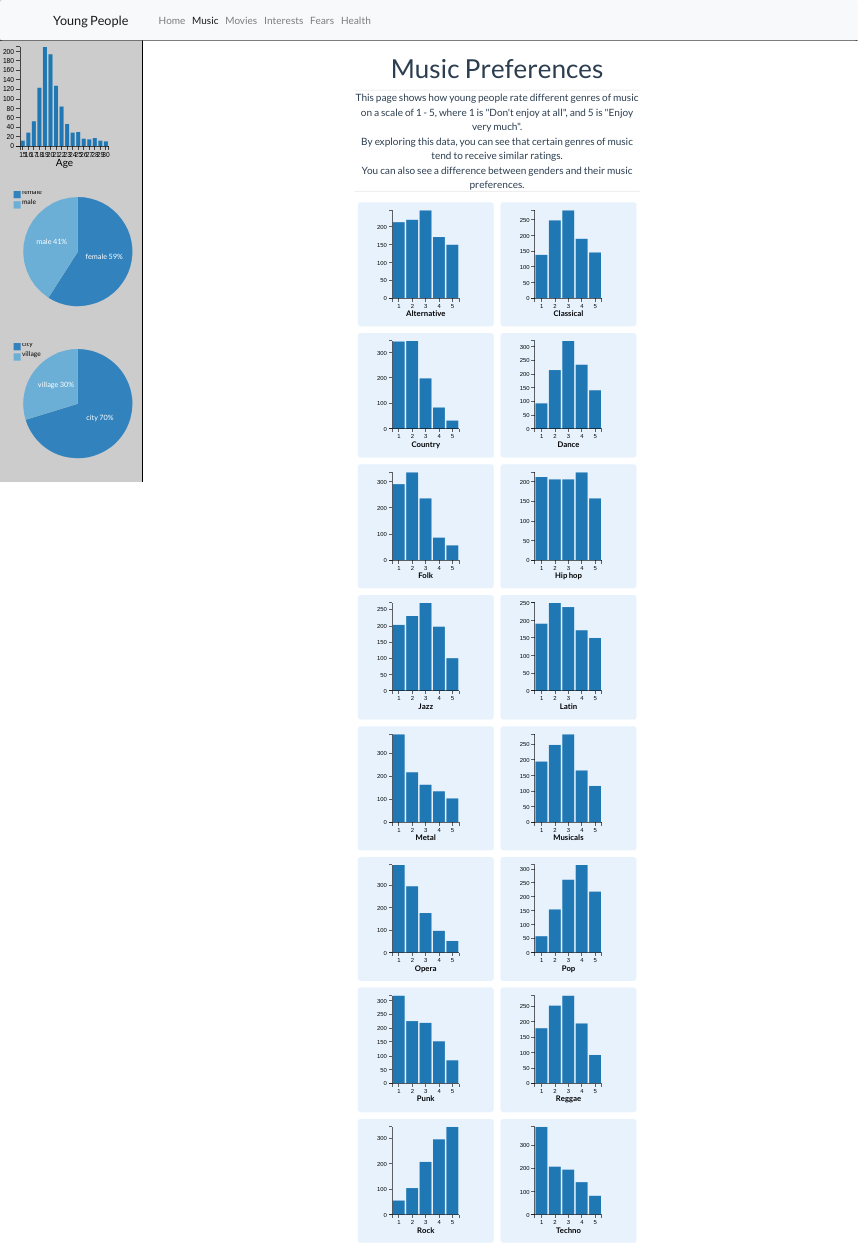
Repository: BrendanMolloy/milestone2
Page: music.html
The author's editor kept a record of every edit. The page is drawn from the files as they stood at one moment, then again after the next edit.
The browser window is 1280 px wide. The pictures show the whole page, at 67% of full size.
Some web libraries are served in a nearby version.

Above is the page before.

After the next edit:
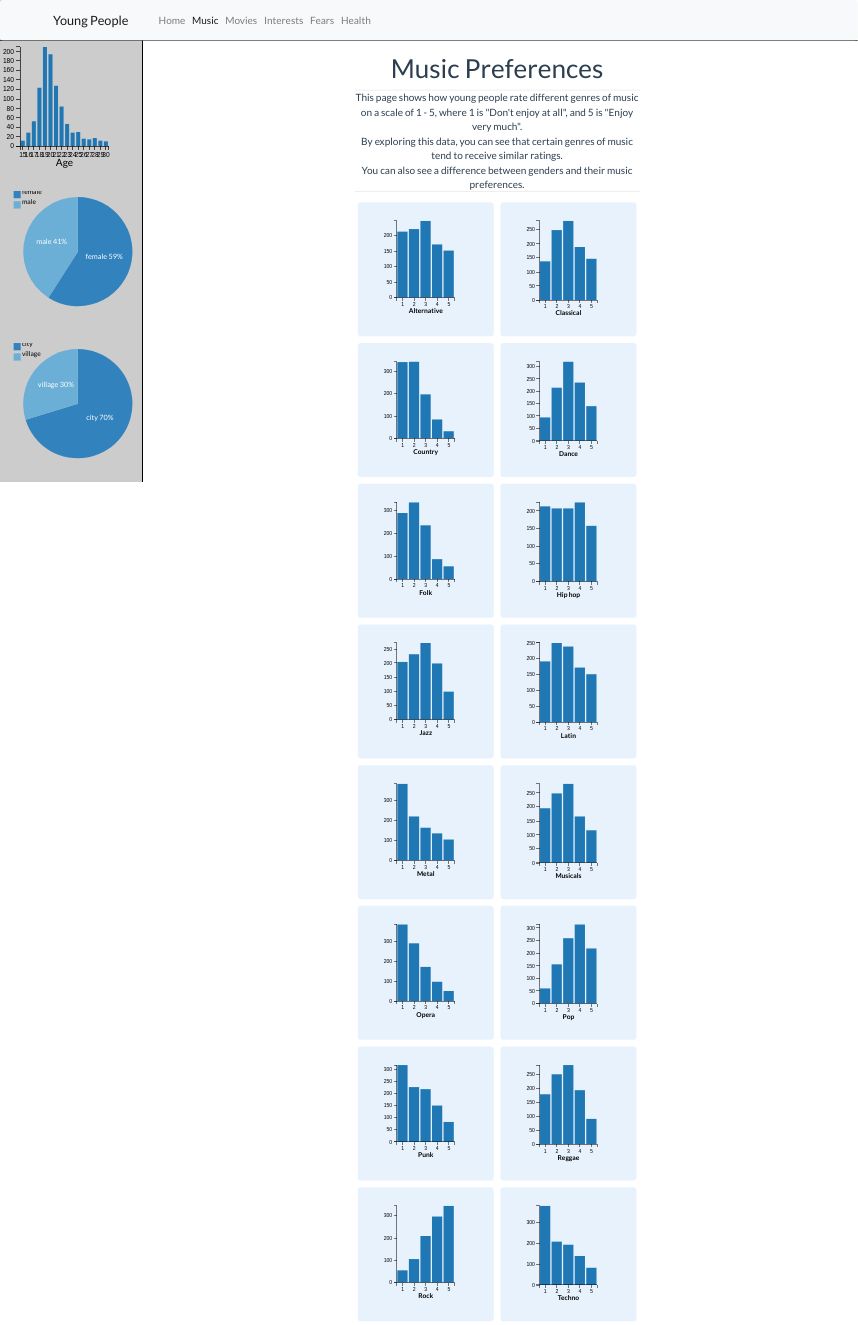
The edit:
--- a/css/style.css
+++ b/css/style.css
@@ -83,6 +83,9 @@
 }
 
 .badge {
+  text-align: center;
+  width: 100%;
+  padding: 20px;
   background-color: #E7F2FD;
   border: 5px solid #fff;
 }
